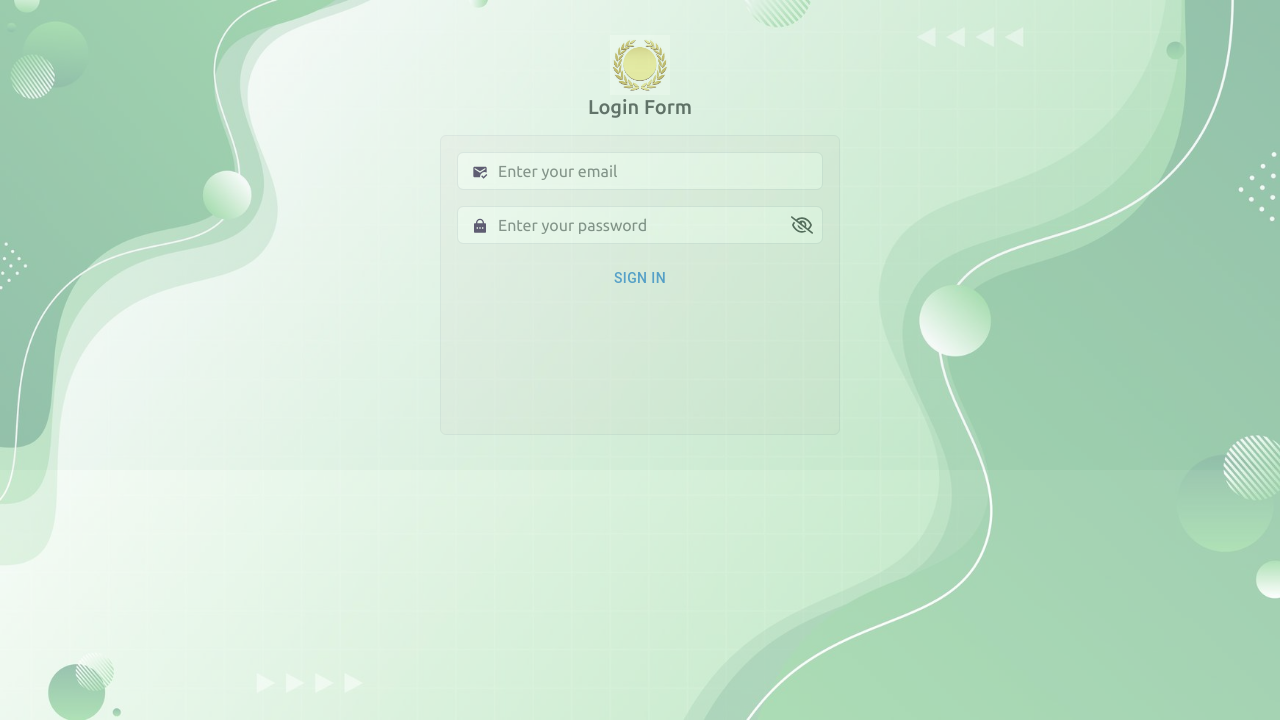
Repository: gautamsonam011/admin-react-dashboard
Page: /login
The author's editor kept a copy of each file at every save. The page is drawn from the files as they stood at one save, then again after the next save.
The browser window is 1280 px wide. The pictures show the whole page.
The project was rebuilt for these pictures with package versions that can differ from the ones it lists, and the page was loaded fresh each time. Also part of the build but not shown: src/components/DashboardBox.jsx, src/pages/Dashboard/Dashboard.jsx.

Above is the page before, as saved 2025-04-23 22:19:24.

After the next save:
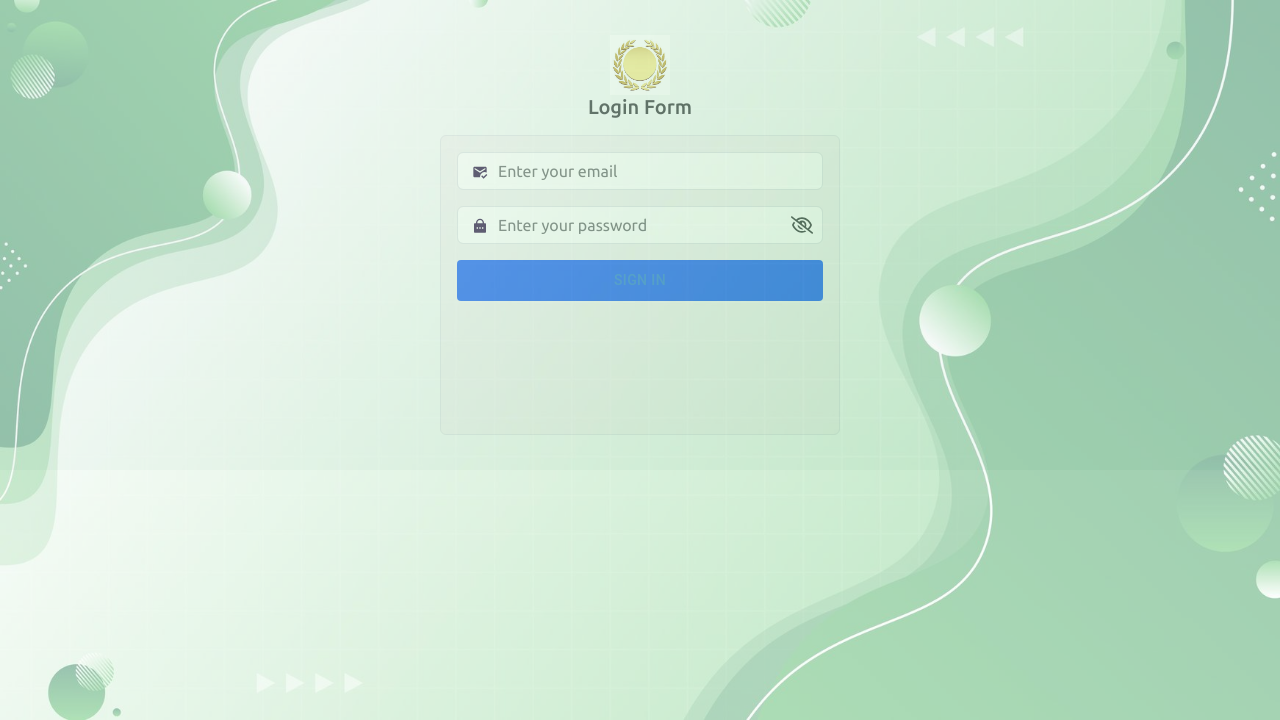
Saved 36 s later.
--- a/src/App.css
+++ b/src/App.css
@@ -131,5 +131,5 @@ position:relative; overflow:hidden;}
 .loginSection .loginBox .wrapper .form-group .icon svg{color:#5e5d72;}
 .toggleShowPassword{position: absolute; top: 5px; right: 10px; cursor: pointer;}
 .toggleShowPassword svg{font-size: 22px;}
-
+.btn-big{padding: 8px 25px !important; background:#0858f7 !important;}
 /* Registration Form */
